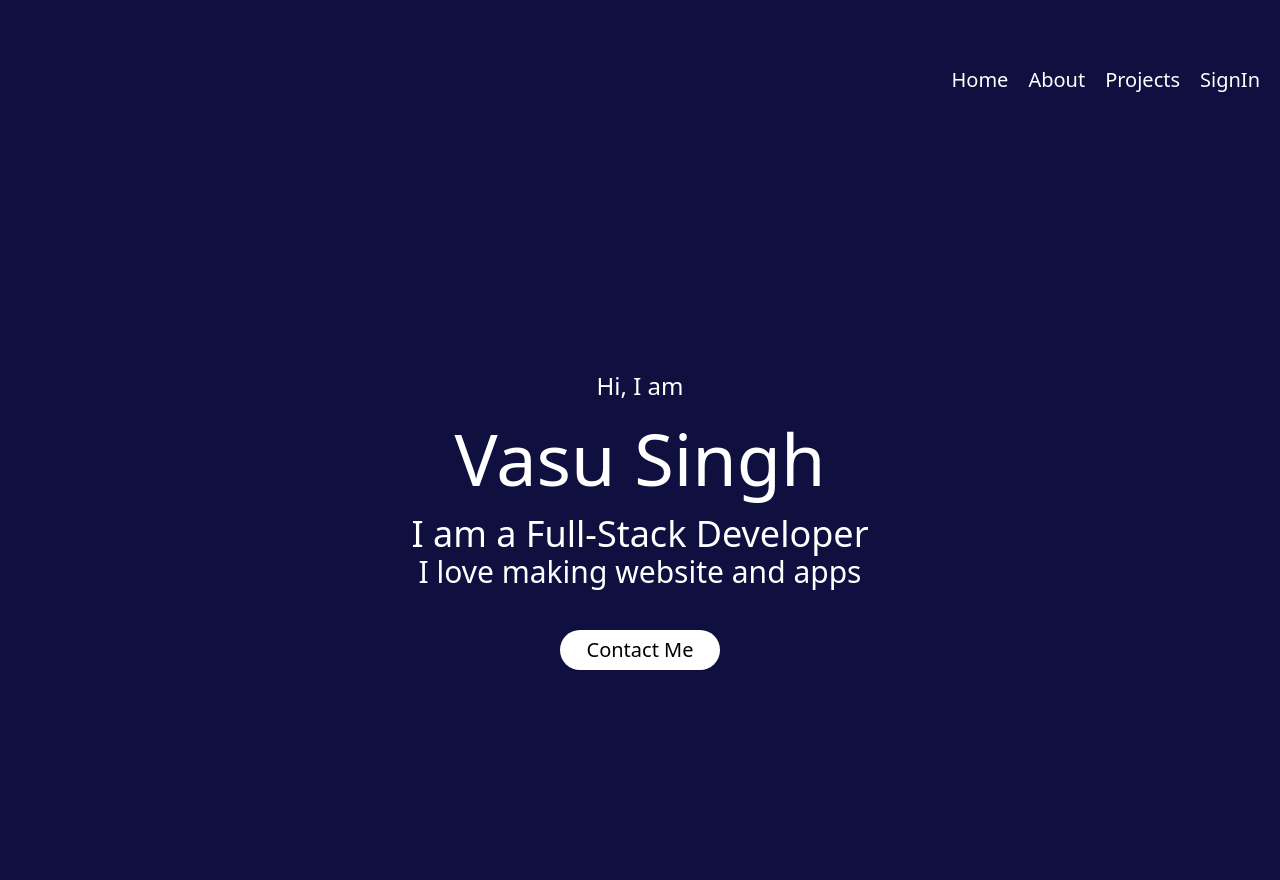
Repository: vasucp1207/vasuDev
Page: /
An editor plug-in stored every save of this project. The page is shown before and after the next save, followed by the edit.
The browser window is 1280 px wide. The pictures show the whole page.
The project was rebuilt for these pictures with package versions that can differ from the ones it lists, and the page was loaded fresh each time. The framework's server and built-in components were replaced by stand-ins that run in the browser. Also part of the build but not shown: next.config.js.

Above is the page before, as saved 2022-07-17 23:12:01.

After the next save:
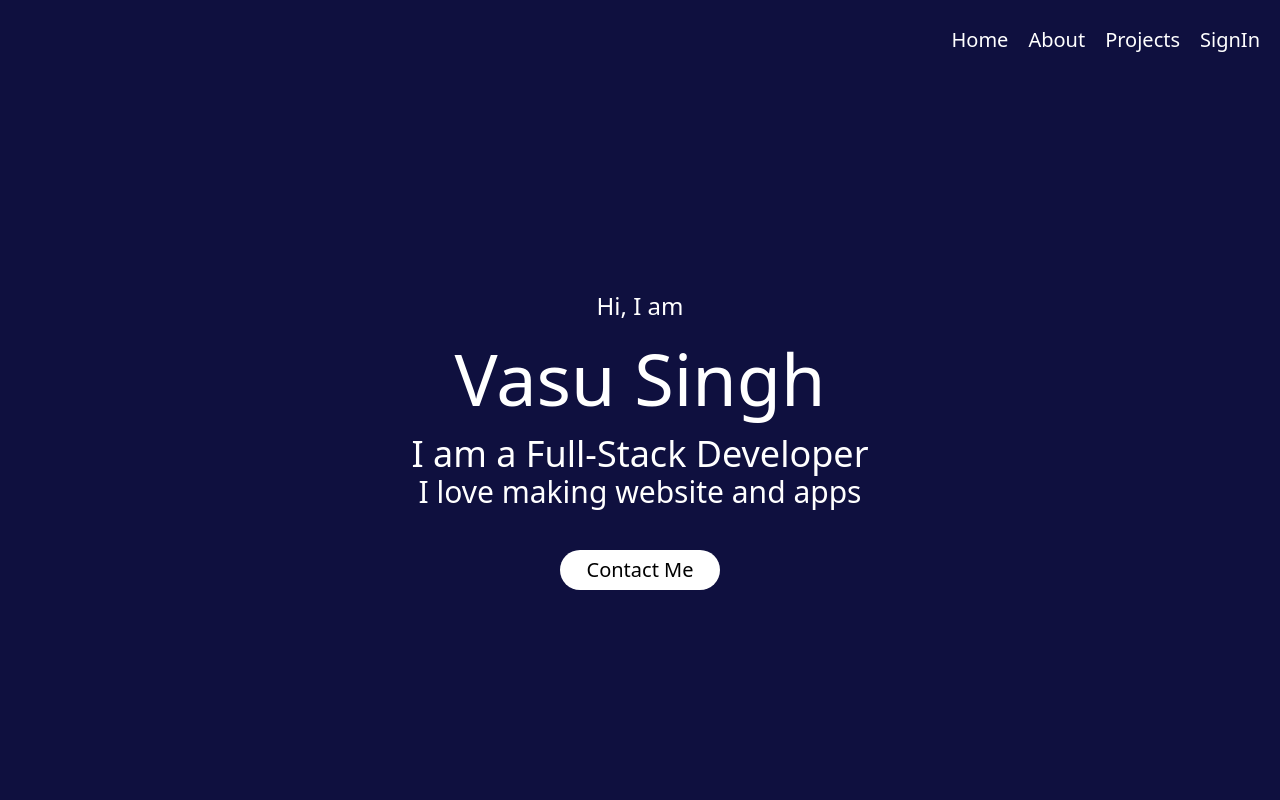
Saved 61 s later.
--- a/pages/Navbar.tsx
+++ b/pages/Navbar.tsx
@@ -2,7 +2,7 @@ import React from 'react'
 
 function Navbar() {
   return (
-    <div className='h-40 bg-transparent flex justify-end items-center'>
+    <div className='h-20 bg-transparent flex justify-end items-center'>
         <div className='flex space-x-5 text-xl font-normal mr-5'>
             <p>Home</p>
             <p>About</p>
